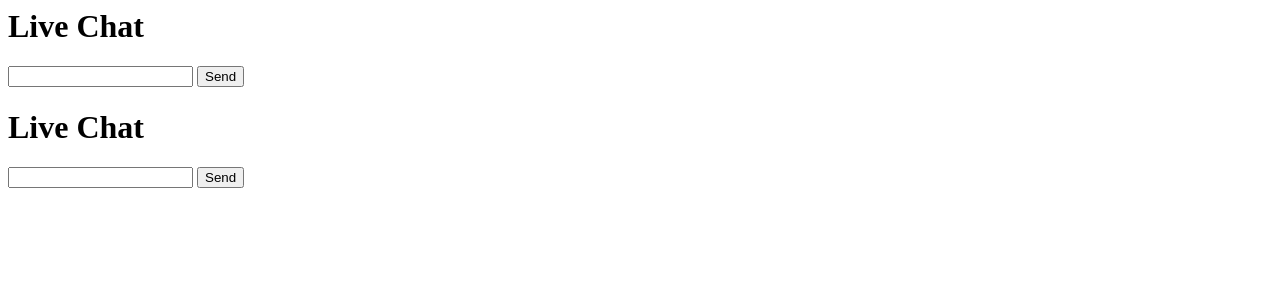
Repository: jaseem1999/sdCommunity
Page: http://localhost/sdCommunity/userChat.jsp
These files come from the project's save history. The page is drawn as it stood at one moment and after the next save; the edit follows.
The browser window is 1280 px wide. The pictures show the whole page.
The page is served by Tomcat 9.

Above is the page before, as saved 2023-10-01 14:44:27.

After the next save:
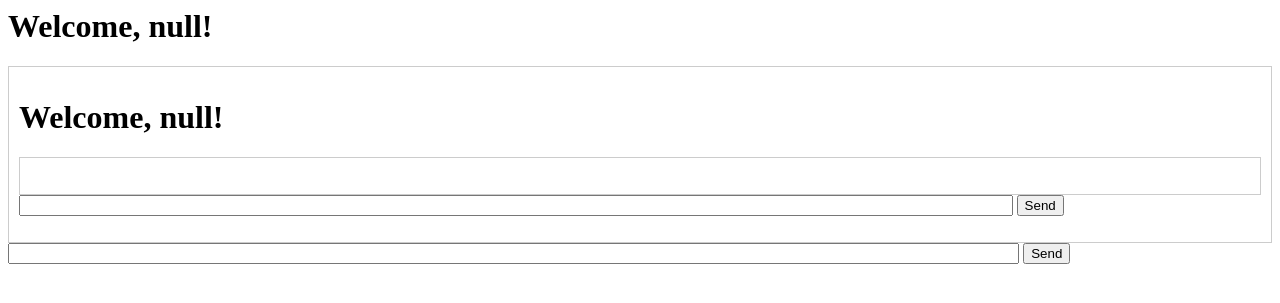
Saved 82 s later.
--- a/sdCommunity/src/main/webapp/userChat.jsp
+++ b/sdCommunity/src/main/webapp/userChat.jsp
@@ -3,8 +3,8 @@
 <%@ page import="java.util.List" %>
 
 <%
-	Integer id =(Integer)session.getAttribute("uid");
-	String fname=(String)session.getAttribute("fname");
+    Integer id =(Integer)session.getAttribute("uid");
+    String fname=(String)session.getAttribute("fname");
 
     List<String> chatList = (List<String>) session.getAttribute("chatList");
     if (chatList == null) {
@@ -14,59 +14,77 @@
 
     String message = request.getParameter("message");
     if (message != null && !message.isEmpty()) {
-        chatList.add(message);
+        chatList.add(fname + ": " + message);
     }
 %>
 
 <html>
-    <head>
-        <meta charset="UTF-8">
-        <title>Live Chat</title>
-        <script>
-            function sendMessage() {
-                var message = document.getElementById('message').value;
-                var xmlhttp = new XMLHttpRequest();
+<head>
+    <meta charset="UTF-8">
+    <title>Live Chat</title>
+    <style>
+        /* Add your CSS styles here */
+        #chat {
+            border: 1px solid #ccc;
+            padding: 10px;
+            max-height: 300px;
+            overflow-y: scroll;
+        }
 
-                xmlhttp.onreadystatechange = function() {
-                    if (xmlhttp.readyState == 4 && xmlhttp.status == 200) {
-                        document.getElementById('message').value = '';
-                    }
+        #chat ul {
+            list-style-type: none;
+            padding: 0;
+        }
+
+        #chat li {
+            margin-bottom: 5px;
+        }
+    </style>
+    <script>
+        function sendMessage() {
+            var message = document.getElementById('message').value;
+            var xmlhttp = new XMLHttpRequest();
+
+            xmlhttp.onreadystatechange = function() {
+                if (xmlhttp.readyState == 4 && xmlhttp.status == 200) {
+                    document.getElementById('message').value = '';
                 }
-
-                xmlhttp.open('POST', 'userChat.jsp', true);
-                xmlhttp.setRequestHeader('Content-type', 'application/x-www-form-urlencoded');
-                xmlhttp.send('message=' + message);
             }
 
-            function updateChat() {
-                var xmlhttp = new XMLHttpRequest();
+            xmlhttp.open('POST', 'userChat.jsp', true);
+            xmlhttp.setRequestHeader('Content-type', 'application/x-www-form-urlencoded');
+            xmlhttp.send('message=' + message);
+        }
 
-                xmlhttp.onreadystatechange = function() {
-                    if (xmlhttp.readyState == 4 && xmlhttp.status == 200) {
-                        document.getElementById('chat').innerHTML = xmlhttp.responseText;
-                        setTimeout(updateChat, 1000); // Update every second
-                    }
+        function updateChat() {
+            var xmlhttp = new XMLHttpRequest();
+
+            xmlhttp.onreadystatechange = function() {
+                if (xmlhttp.readyState == 4 && xmlhttp.status == 200) {
+                    document.getElementById('chat').innerHTML = xmlhttp.responseText;
+                    setTimeout(updateChat, 1000); // Update every second
                 }
+            }
 
-                xmlhttp.open('GET', 'userChat.jsp', true);
-                xmlhttp.send();
-            }
-        </script>
-    </head>
-    <body onload="updateChat()">
-        <h1>Live Chat</h1>
-        <form onsubmit="sendMessage(); return false;">
-            <input type="text" id="message" />
-            <input type="submit" value="Send" />
-        </form>
-        <div id="chat">
-            <ul>
-                <%
-                    for (String msg : chatList) {
-                        out.println("<li>" + msg + "</li>");
-                    }
-                %>
-            </ul>
-        </div>
-    </body>
+            xmlhttp.open('GET', 'userChat.jsp', true);
+            xmlhttp.send();
+        }
+    </script>
+</head>
+<body onload="updateChat()">
+    <h1>Welcome, <%= fname %>!</h1>
+    <div id="chat">
+        <ul>
+            <%
+                for (String msg : chatList) {
+                    out.println("<li>" + msg + "</li>");
+                }
+            %>
+        </ul>
+    </div>
+    <form onsubmit="sendMessage(); return false;">
+        <input type="text" id="message" style="width: 80%;" />
+        <input type="submit" value="Send" />
+    </form>
+</body>
 </html>
